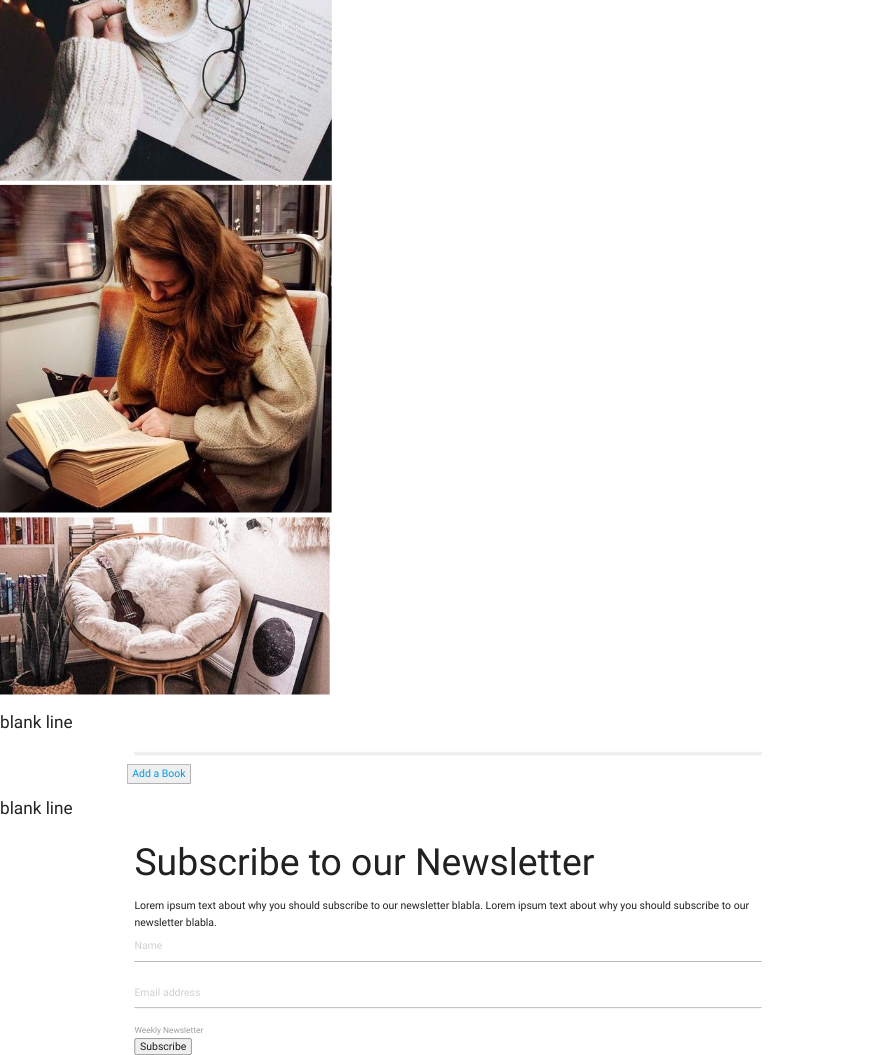
Repository: elizabeth24602/paper-to-screen
Page: http://localhost/forum1
The author's editor kept a record of every edit. The page is drawn from the files as they stood at one moment, then again after the next edit.
The browser window is 1280 px wide. The pictures show the part of the page from y = 1063 to 2983 px (the page is 2570 px tall before and 2983 px after), at 70% of full size.
Some web libraries are served in a nearby version. The page is served by the project's application, run on Flask 3 (app.py). Queries for data that is not in the repository find no rows.

Above is the page before.

### templates/forum1.html
{% extends 'base.html' %}
{% block content %}
<div class="row container-fluid">
   <a class="col-md-12 logo" href="home.html"></a>
   <div class="col-md-12">
      <h2 class="welcome-title">Add a Book</h2>
      <p class="welcome">Lorem ipsum dolor sit amet, consectetur adipiscing elit, sed do eiusmod tempor incididunt ut labore et dolore magna aliqua.
         Ut enim ad minim veniam, quis nostrud exercitation ullamco laboris nisi ut aliquip ex ea commodo consequat.
         Duis aute irure dolor in reprehenderit in voluptate velit esse cillum dolore eu fugiat nulla pariatur.
         Excepteur sint occaecat cupidatat non proident, sunt in culpa qui officia deserunt mollit anim id est laborum.
         Lorem ipsum dolor sit amet, consectetur adipiscing elit, sed do eiusmod tempor incididunt ut labore et dolore magna aliqua.
         Ut enim ad minim veniam, quis nostrud exercitation ullamco laboris nisi ut aliquip ex ea commodo consequat.
         Duis aute irure dolor in reprehenderit in voluptate velit esse cillum dolore eu fugiat nulla pariatur.
         Excepteur sint occaecat cupidatat non proident, sunt in culpa qui officia deserunt mollit anim id est laborum.
      </p>
   </div>
   <div class="col-md-3 inline-item">
      <img class="picture" src="static/img/haircolour.jpg">
   </div>
   <div class="col-md-3 inline-item">
      <img class="picture" src="static/img/book.jpg">
   </div>
   <div class="col-md-3 inline-item">
      <img class="picture" src="static/img/busbook.jpg">
   </div>
   <div class="col-md-3 inline-item">
      <img class="picture" src="static/img/readingcorner.jpg">
   </div>
</div>
<div class="row">
   <div class="col-md-12">
      <h5 class="blank">blank line</h5>
   </div>
</div>
<div class="container">
   <ul class="collapsible" data-collapsible="accordion">
      {% for book in book %}
      <li>
         <div class="collapsible-header">
            <div class="col s3">
               <a class="waves-effect waves-light btn btn_small">Read</a>
               <a class="waves-effect waves-light btn btn_small">Watched</a>
               <a href={{url_for('edit_book', book_id=book._id)}} class="waves-effect waves-light btn btn_small cyan">Edit</a>
            </div>
            <div class=" task_header col s9">
               <i class="material-icons">expand_more</i><strong>{{book.task_name}}</strong> - {{book.star_rating}}
            </div>
         </div>
         <div class="collapsible-body">
            <span>
            {{book.task_description}}
            </span>
         </div>
      </li>
      {% endfor %}
   </ul>
</div>
<div class="container">
   <div class="row">
      <div class="col-md-12">
      <button class="addbook waves-effect">
         <a href="add_book"><span>Add a Book</span></a></button>
      </div>
   </div>
</div>
<div class="row">
   <div class="col-md-12">
      <h5 class="blank">blank line</h5>
   </div>
</div>
<form action="/action_page.php">
   <div class="container">
      <h2>Subscribe to our Newsletter</h2>
      <p>Lorem ipsum text about why you should subscribe to our newsletter blabla. Lorem ipsum text about why you should subscribe to our newsletter blabla.</p>
   </div>
   <div class="container" style="background-color:white">
      <input type="text" placeholder="Name" name="name" required>
      <input type="text" placeholder="Email address" name="mail" required>
      <label>
      <input type="checkbox" checked="checked" name="subscribe"> Weekly Newsletter
      </label>
   </div>
   <div class="container">
      <input type="submit" value="Subscribe">
   </div>
</form>
{% endblock %}

### templates/base.html
<!DOCTYPE html>
<html>

<head>
    <link href="https://fonts.googleapis.com/icon?family=Material+Icons" rel="stylesheet">
    <link rel="stylesheet" href="https://cdnjs.cloudflare.com/ajax/libs/materialize/0.100.2/css/materialize.min.css">
</head>

<body>
    {% block content %}
    {% endblock %}

    <script src="https://cdnjs.cloudflare.com/ajax/libs/jquery/3.2.1/jquery.min.js"></script>
    <script src="https://cdnjs.cloudflare.com/ajax/libs/materialize/0.100.2/js/materialize.min.js"></script>
    <script type="text/javascript">
        $(document).ready(function() {
            $('.collapsible').collapsible();
            $('select').material_select();
        })
    </script>
</body>

</html>

### app.py
from os import path
if path.exists("env.py"):
    import env


import os
from flask import Flask, render_template, redirect, request, url_for
from flask_pymongo import PyMongo
from bson.objectid import ObjectId
from bson.objectid import ObjectId

app = Flask(__name__)
app.config["MONGO_DBNAME"] = 'book_manager'
app.config["MONGO_URI"] = ('mongodb+srv://Elizabeth24602:Gavroche24602@myfirstcluster-xtdqk.mongodb.net/book_manager?retryWrites=true&w=majority')

mongo = PyMongo(app)

@app.route('/')
@app.route('/index1')
def index():
    return render_template("index1.html")

@app.route('/about1')
def about():
    return render_template("about1.html")

@app.route('/choices1')
def choices():
    return render_template("choices1.html")

@app.route('/forum1')
def get_book():
    return render_template("forum1.html", book=mongo.db.book.find())

@app.route('/add_book')
def add_book():
    return render_template('addbook.html',
                            categories=mongo.db.categories.find())

@app.route('/insert_book', methods=['POST'])
def insert_book():
    tasks = mongo.db.book
    tasks.insert_one(request.form.to_dict())
    return redirect(url_for('get_book'))

@app.route('/edit_task/<task_id>')
def edit_task(task_id):
    the_task =  mongo.db.tasks.find_one({"_id": ObjectId(task_id)})
    all_categories =  mongo.db.categories.find()
    return render_template('edittask.html', task=the_task,
                           categories=all_categories)


if __name__ == '__main__':
    app.run(host=os.environ.get('IP'),
            port=int(os.environ.get('PORT')),
            debug=True)

After the next edit:
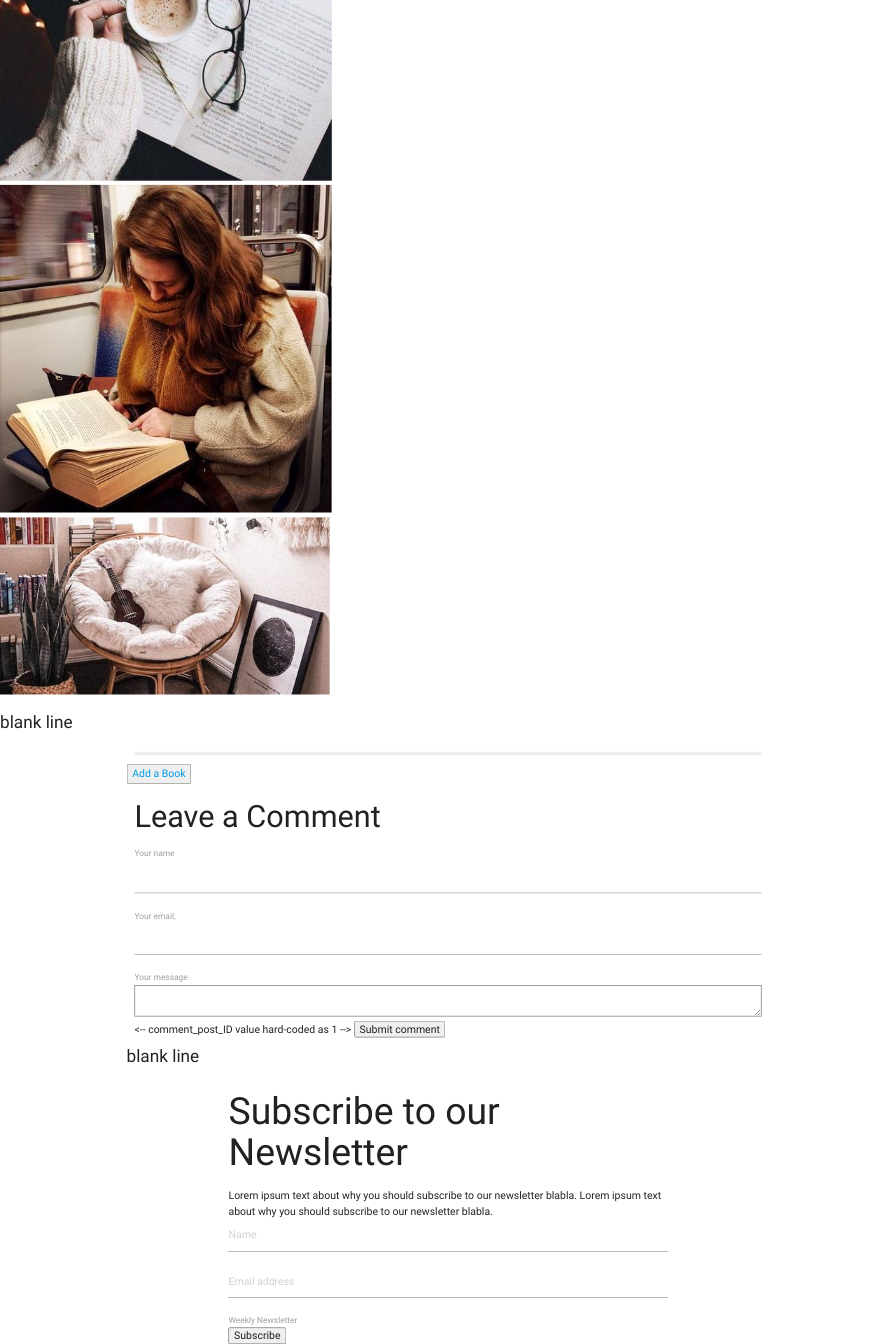
The edit:
--- a/templates/forum1.html
+++ b/templates/forum1.html
@@ -63,6 +63,30 @@
       </div>
    </div>
 </div>
+<div class="container">
+<div id="respond">
+
+  <h3>Leave a Comment</h3>
+
+  <form action="post_comment.php" method="post" id="commentform">
+
+    <label for="comment_author" class="required">Your name</label>
+    <input type="text" name="comment_author" id="comment_author" value="" tabindex="1" required="required">
+
+    <label for="email" class="required">Your email;</label>
+    <input type="email" name="email" id="email" value="" tabindex="2" required="required">
+
+    <label for="comment" class="required">Your message</label>
+    <textarea name="comment" id="comment" rows="10" tabindex="4"  required="required"></textarea>
+
+    <-- comment_post_ID value hard-coded as 1 -->
+    <input type="hidden" name="comment_post_ID" value="1" id="comment_post_ID" />
+    <input name="submit" type="submit" value="Submit comment" />
+
+  </form>
+
+</div>
+
 <div class="row">
    <div class="col-md-12">
       <h5 class="blank">blank line</h5>
